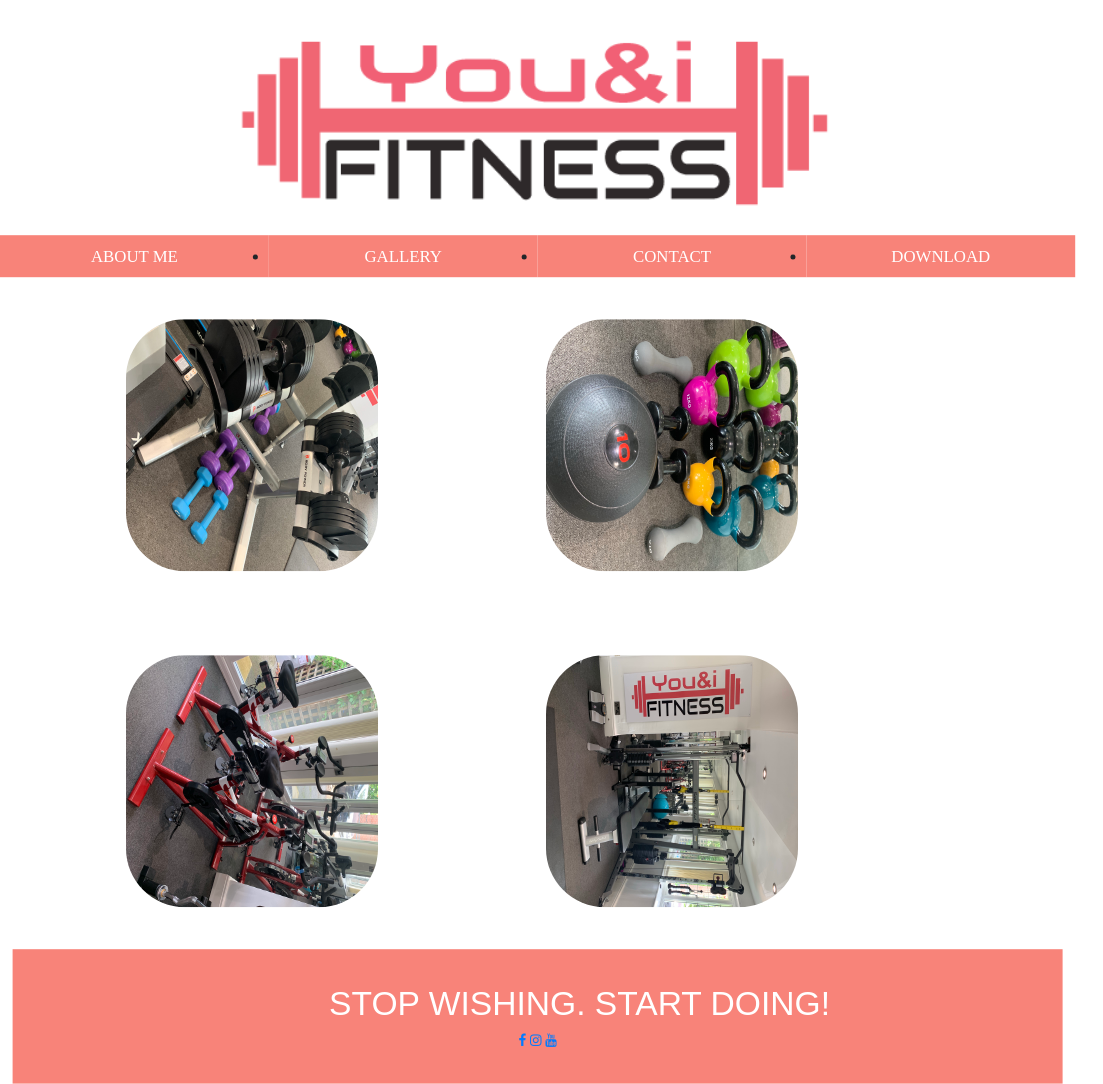
Repository: Code-Institute-Submissions/you-i
Page: gallery.html
The author's editor kept a record of every edit. The page is drawn from the files as they stood at one moment, then again after the next edit.
The browser window is 1280 px wide. The page is 1295 px wide, then 1313 px, then 1295 px, so the pictures cover 1313 px, including what lies to the right of the window. The pictures show the whole page, at 84% of full size.
Some web fonts or font styles are not loaded; a fallback is used.

Above is the page before.

After the next edit:
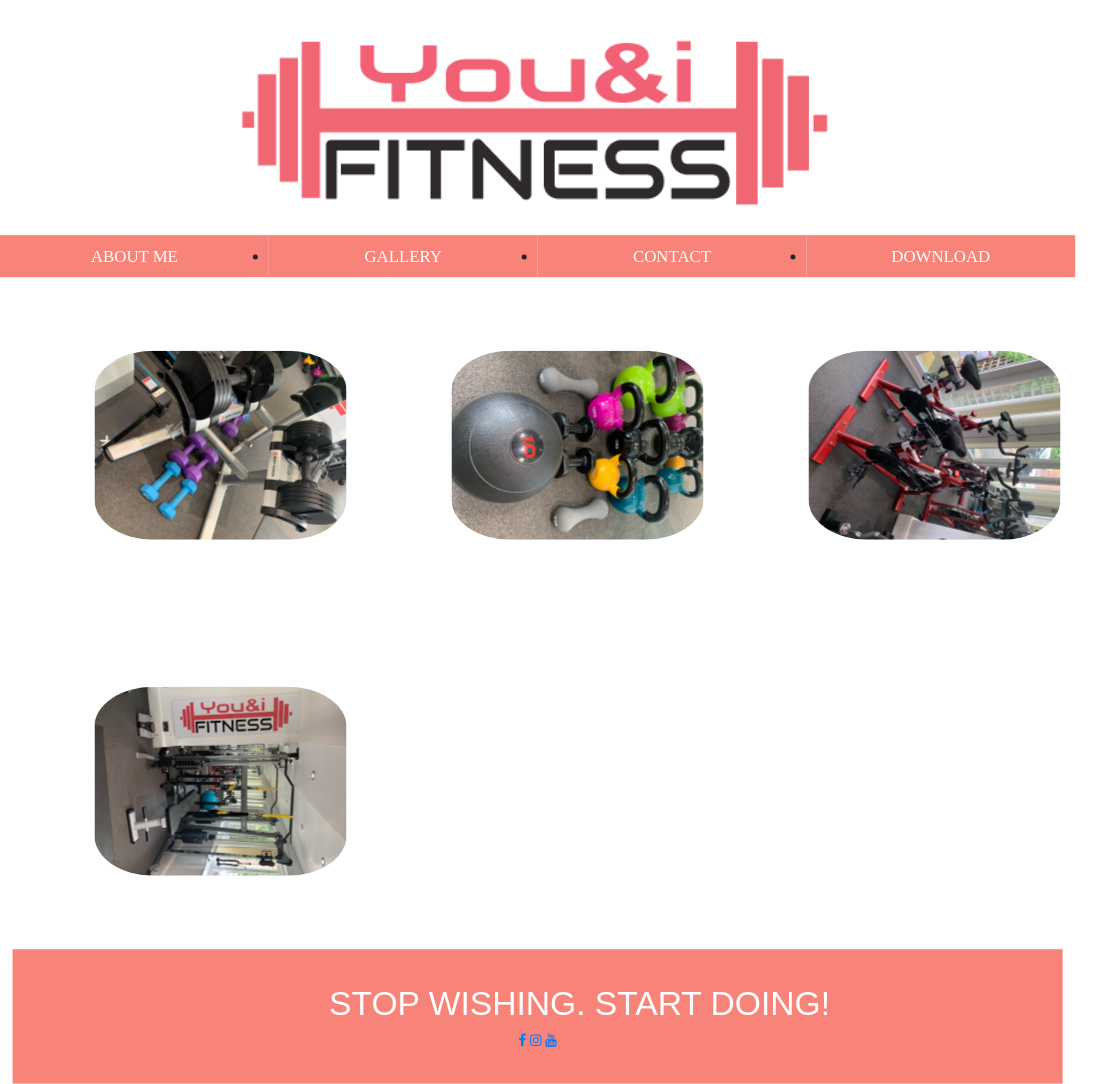
The edit:
--- a/gallery.html
+++ b/gallery.html
@@ -42,10 +42,10 @@
     <section class="container-fluid">
         <div class="row">
 
-        <img class="img col-sm-6" src="pages/pictures/IMG_0674.jpg" alt="gym">
-        <img class="img col-sm-6" src="pages/pictures/IMG_0676.jpg" alt="gym">
-        <img class="img col-sm-6" src="pages/pictures/IMG_0677.jpg" alt="gym">
-        <img class="img col-sm-6" src="pages/pictures/IMG_0679.jpg" alt="gym">
+        <img class="img col-sm-3" src="pages/pictures/IMG_0674.jpg" alt="gym">
+        <img class="img col-sm-3" src="pages/pictures/IMG_0676.jpg" alt="gym">
+        <img class="img col-sm-3" src="pages/pictures/IMG_0677.jpg" alt="gym">
+        <img class="img col-sm-3" src="pages/pictures/IMG_0679.jpg" alt="gym">
 
         </div>
     </section>

After the edit that followed:
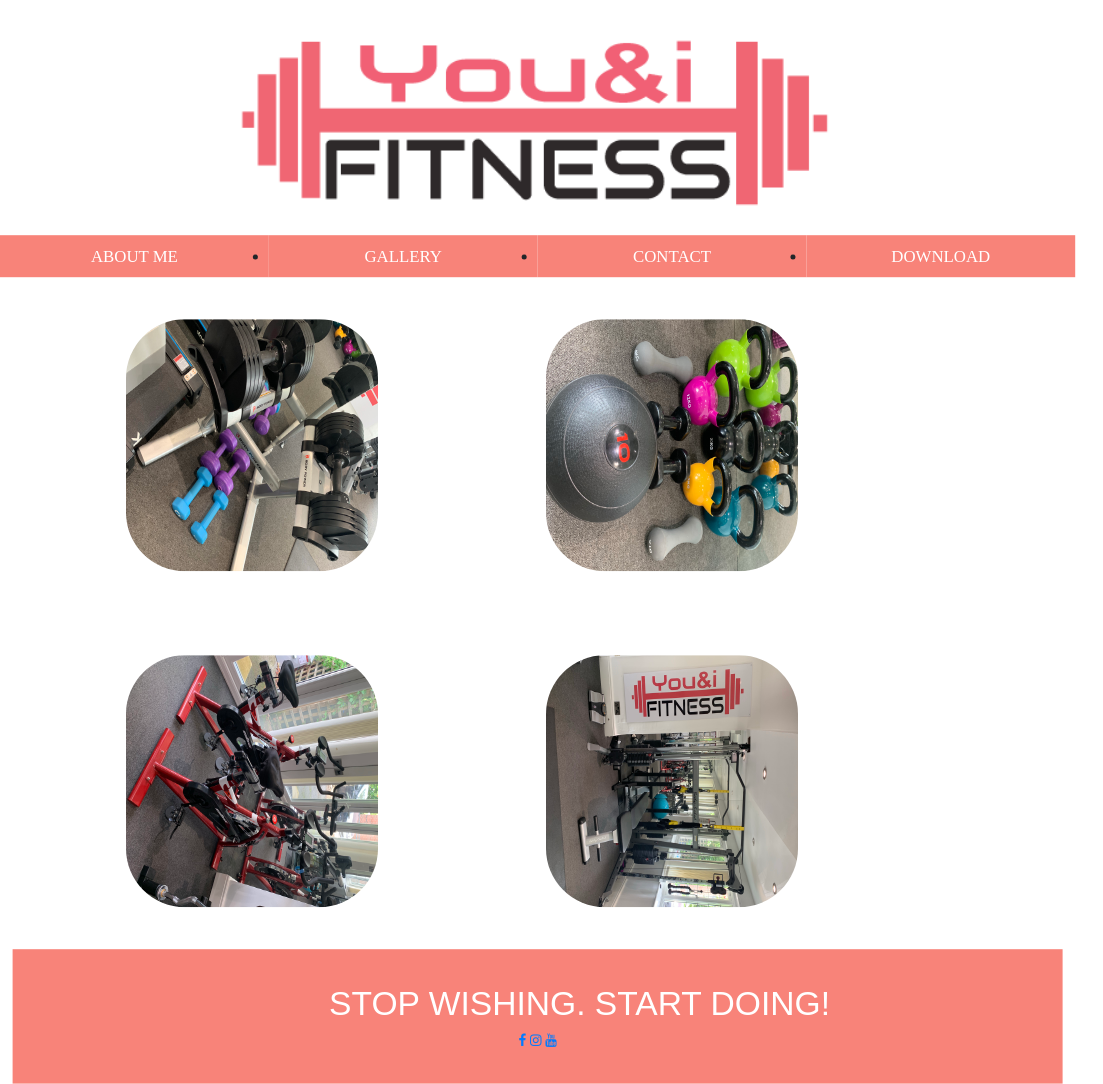
The edit:
--- a/gallery.html
+++ b/gallery.html
@@ -42,10 +42,10 @@
     <section class="container-fluid">
         <div class="row">
 
-        <img class="img col-sm-3" src="pages/pictures/IMG_0674.jpg" alt="gym">
-        <img class="img col-sm-3" src="pages/pictures/IMG_0676.jpg" alt="gym">
-        <img class="img col-sm-3" src="pages/pictures/IMG_0677.jpg" alt="gym">
-        <img class="img col-sm-3" src="pages/pictures/IMG_0679.jpg" alt="gym">
+        <img class="img col-sm-6" src="pages/pictures/IMG_0674.jpg" alt="gym">
+        <img class="img col-sm-6" src="pages/pictures/IMG_0676.jpg" alt="gym">
+        <img class="img col-sm-6" src="pages/pictures/IMG_0677.jpg" alt="gym">
+        <img class="img col-sm-6" src="pages/pictures/IMG_0679.jpg" alt="gym">
 
         </div>
     </section>
